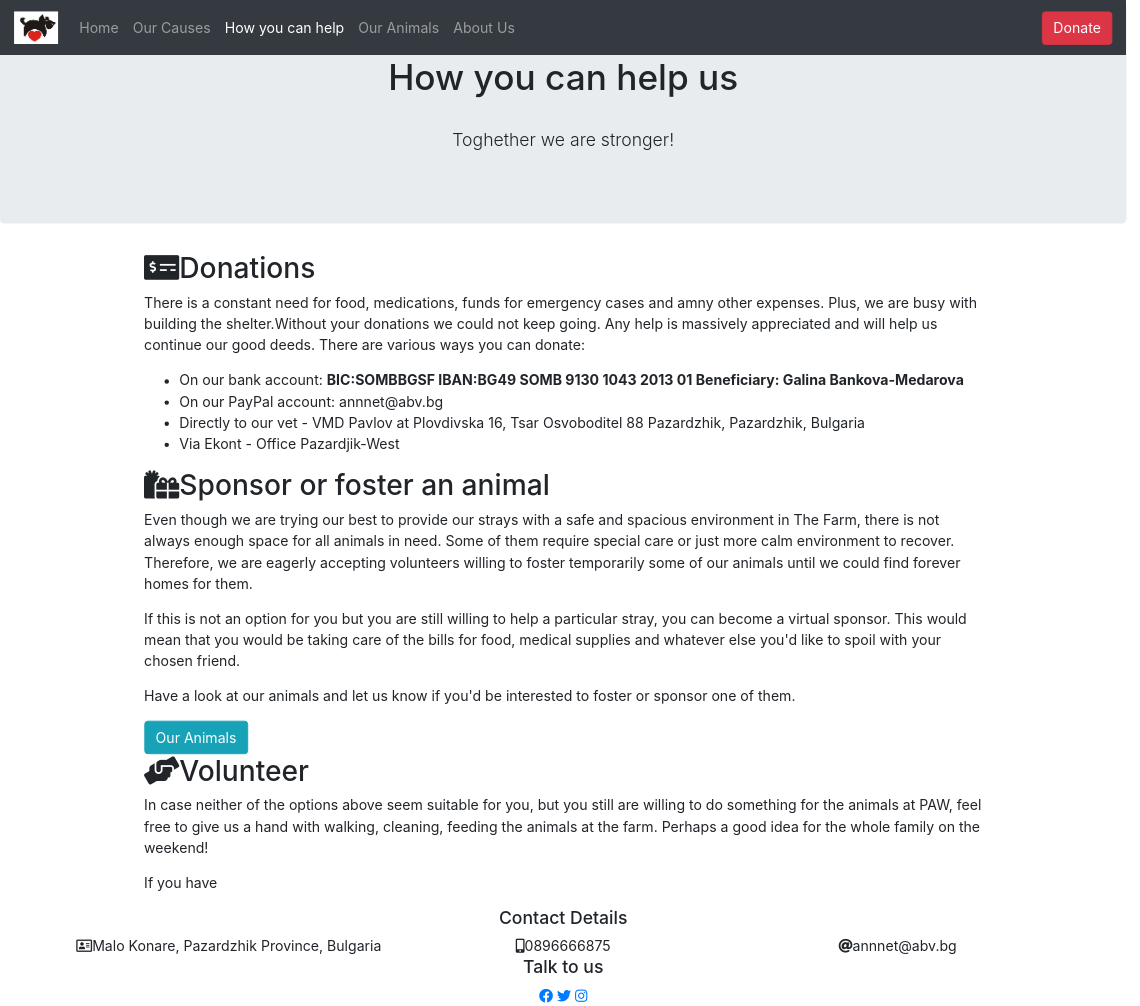
Repository: Naity17/PAW-first-website
Page: How-you-can-help.html
The author's editor kept a record of every edit. The page is drawn from the files as they stood at one moment, then again after the next edit.
The browser window is 1280 px wide. The page is 1295 px wide, so the pictures cover 1295 px, including what lies to the right of the window. The pictures show the whole page, at 88% of full size.
Some web libraries are served in a nearby version.

Above is the page before.
Console error: TypeError: Cannot read properties of undefined (reading 'fn')

### How-you-can-help.html
<!DOCTYPE html>
<html lang="en">

<head>
    <meta charset="UTF-8">
    <meta name="viewport" content="width=device-width, initial-scale=1.0">
    <meta http-equiv="X-UA-Compatible" content="ie=edge">
    <link rel="stylesheet" href="https://stackpath.bootstrapcdn.com/bootstrap/4.3.1/css/bootstrap.min.css" integrity="sha384-ggOyR0iXCbMQv3Xipma34MD+dH/1fQ784/j6cY/iJTQUOhcWr7x9JvoRxT2MZw1T" crossorigin="anonymous">
    <link rel="stylesheet" href="https://use.fontawesome.com/releases/v5.9.0/css/all.css" integrity="sha384-i1LQnF23gykqWXg6jxC2ZbCbUMxyw5gLZY6UiUS98LYV5unm8GWmfkIS6jqJfb4E" crossorigin="anonymous">
    <script src="https://stackpath.bootstrapcdn.com/bootstrap/4.3.1/js/bootstrap.min.js" integrity="sha384-JjSmVgyd0p3pXB1rRibZUAYoIIy6OrQ6VrjIEaFf/nJGzIxFDsf4x0xIM+B07jRM" crossorigin="anonymous"></script>
    <link rel="stylesheet" href="assets/css/style.css" type="text/css" />
    <title>PAW - Pazardjik Animal Welfare</title>
</head>

<body>
    <header>
        <!-- ---------------NavBar-------------- -->
        <nav class="navbar navbar-expand-md navbar-dark fixed-top bg-dark">
            <a class="navbar-brand" href="index.html">
                <img src="assets/images/general/logo.jpg">
            </a>
            <button class="navbar-toggler collapsed" type="button" data-toggle="collapse" data-target="#navbarCollapse" aria-controls="navbarCollapse" aria-expanded="false" aria-label="Toggle navigation">
              <span class="navbar-toggler-icon"></span>
            </button>
            <div class="navbar-collapse collapse" id="navbarCollapse" style="">
                <ul class="navbar-nav mr-auto">
                    <li class="nav-item">
                        <a class="nav-link" href="#">Home</a>
                    </li>
                    <li class="nav-item">
                        <a class="nav-link" href="#">Our Causes</a>
                    </li>
                    <li class="nav-item active">
                        <a class="nav-link" href="#">How you can help<span class="sr-only">(current)</span></a>
                    </li>
                    <li class="nav-item">
                        <a class="nav-link" href="#">Our Animals</a>
                    </li>
                    <li class="nav-item">
                        <a class="nav-link" href="#">About Us</a>
                    </li>
                </ul>
                <button class="btn btn-danger navbar-btn">Donate</button>
            </div>
        </nav>
        <!-- ---------------End of NavBar-------------- -->
    </header>

    <!-- ---------------Jumbotron-------------- -->
    <section id="how-you-can-help">
        <main role="main">
            <section>
                <div class="jumbotron text-center">
                    <div class="contaier-fluid">
                        <h1 class="uppercase">How you can help us</h1>
                        <br>
                        <p class="lead">Toghether we are stronger!</p>
                    </div>
                </div>
            </section>
            <!-- ---------------End of Jumbotron-------------- -->

            <!-- --------------Who are we-------------- -->
            <section id="donations">
                <div class="row">
                    <div class="col"></div>
                    <div class="col-9">
                        <h2><i class="fas fa-money-check-alt"></i>Donations</h2>
                        <p>There is a constant need for food, medications, funds for emergency cases and amny other expenses. Plus, we are busy with building the shelter.Without your donations we could not keep going. Any help is massively appreciated and will help us continue our good deeds. There are various ways you can donate:</p>
                        <ul>
                            <li>On our bank account: <strong>BIC:SOMBBGSF IBAN:BG49 SOMB 9130 1043 2013 01 Beneficiary: Galina Bankova-Medarova</strong></li>
                            <li>On our PayPal account: annnet@abv.bg</li>
                            <li>Directly to our vet - VMD Pavlov at Plovdivska 16, Tsar Osvoboditel 88 Pazardzhik, Pazardzhik, Bulgaria</li>
                            <li>Via Ekont - Office Pazardjik-West</li>
                        </ul>
                    </div>
                    <div class="col"></div>
                </div>
            </section>
            <section id="neuter-cause">
                <div class="row">
                    <div class="col"></div>
                    <div class="col-9">
                        <h2><i class="fas fa-gifts"></i>Sponsor or foster an animal</h2>
                        <p>Even though we are trying our best to provide our strays with a safe and spacious environment in The Farm, there is not always enough space for all animals in need. Some of them require special care or just more calm environment to recover. Therefore, we are eagerly accepting volunteers willing to foster temporarily some of our animals until we could find forever homes for them.</p>
                        <p>If this is not an option for you but you are still willing to help a particular stray, you can become a virtual sponsor. This would mean that you would be taking care of the bills for food, medical supplies and whatever else you'd like to spoil with your chosen friend.</p>
                        <p>Have a look at our animals and let us know if you'd be interested to foster or sponsor one of them.</p>
                        <a href="Our-Animals.html" class="btn btn-info" role="button">Our Animals</a>
                    </div>
                    <div class="col"></div>
                </div>
            </section>
            <section id="volunteer">
                <div class="row">
                    <div class="col"></div>
                    <div class="col-9">
                        <h2><i class="fas fa-hands-helping"></i>Volunteer</h2>
                        <p>In case neither of the options above seem suitable for you, but you still are willing to do something for the animals at PAW, feel free to give us a hand with walking, cleaning, feeding the animals at the farm. Perhaps a good idea for the whole family on the weekend!</p>

                        <p>If you have </p>
                    </div>
                    <div class="col"></div>
                </div>
            </section>
        </main>
    </section>
    <footer class="container text-center footer-details">
        <div class="row">
            <div class="col-12">
                <h5>Contact Details</h5>
            </div>
        </div>
        <div id="contact-details-items" class="row ">
            <div class="col-4 address-item">
                <i class="far fa-address-card"></i>Malo Konare, Pazardzhik Province, Bulgaria
            </div>
            <div class="col-4 phone-number-item">
                <i class="fas fa-mobile-alt"></i>0896666875
            </div>
            <div class="col-4 email-item">
                <i class="fas fa-at"></i>annnet@abv.bg
            </div>
        </div>
        <div class="row" id="social-details">
            <div class="col-xs-12 col-sm-12 icons">
                <h5 class="uppercase general-sub">Talk to us</h5>
                <a href="https://www.facebook.com/PAW-Pazardjik-Animal-Welfare-134643483313391/" target="_blank"><i class="fab fa-facebook alignment"></i></a>
                <a href="https://twitter.com/ralito17?lang=en" target="_blank"><i class="fab fa-twitter alignment"></i></a>
                <a href="https://www.instagram.com/?hl=en" target="_blank"><i class="fab fa-instagram alignment"></i></a>
            </div>
        </div>
    </footer>
    <script src="https://code.jquery.com/jquery-3.3.1.slim.min.js" integrity="sha384-q8i/X+965DzO0rT7abK41JStQIAqVgRVzpbzo5smXKp4YfRvH+8abtTE1Pi6jizo" crossorigin="anonymous"></script>
    <script src="https://cdnjs.cloudflare.com/ajax/libs/popper.js/1.14.7/umd/popper.min.js" integrity="sha384-UO2eT0CpHqdSJQ6hJty5KVphtPhzWj9WO1clHTMGa3JDZwrnQq4sF86dIHNDz0W1" crossorigin="anonymous"></script>
    <script src="https://stackpath.bootstrapcdn.com/bootstrap/4.3.1/js/bootstrap.min.js" integrity="sha384-JjSmVgyd0p3pXB1rRibZUAYoIIy6OrQ6VrjIEaFf/nJGzIxFDsf4x0xIM+B07jRM" crossorigin="anonymous"></script>
</body>

</html>

Loaded but not shown: assets/css/style.css (no copy from this time; the picture is the same without it)

After the next edit:
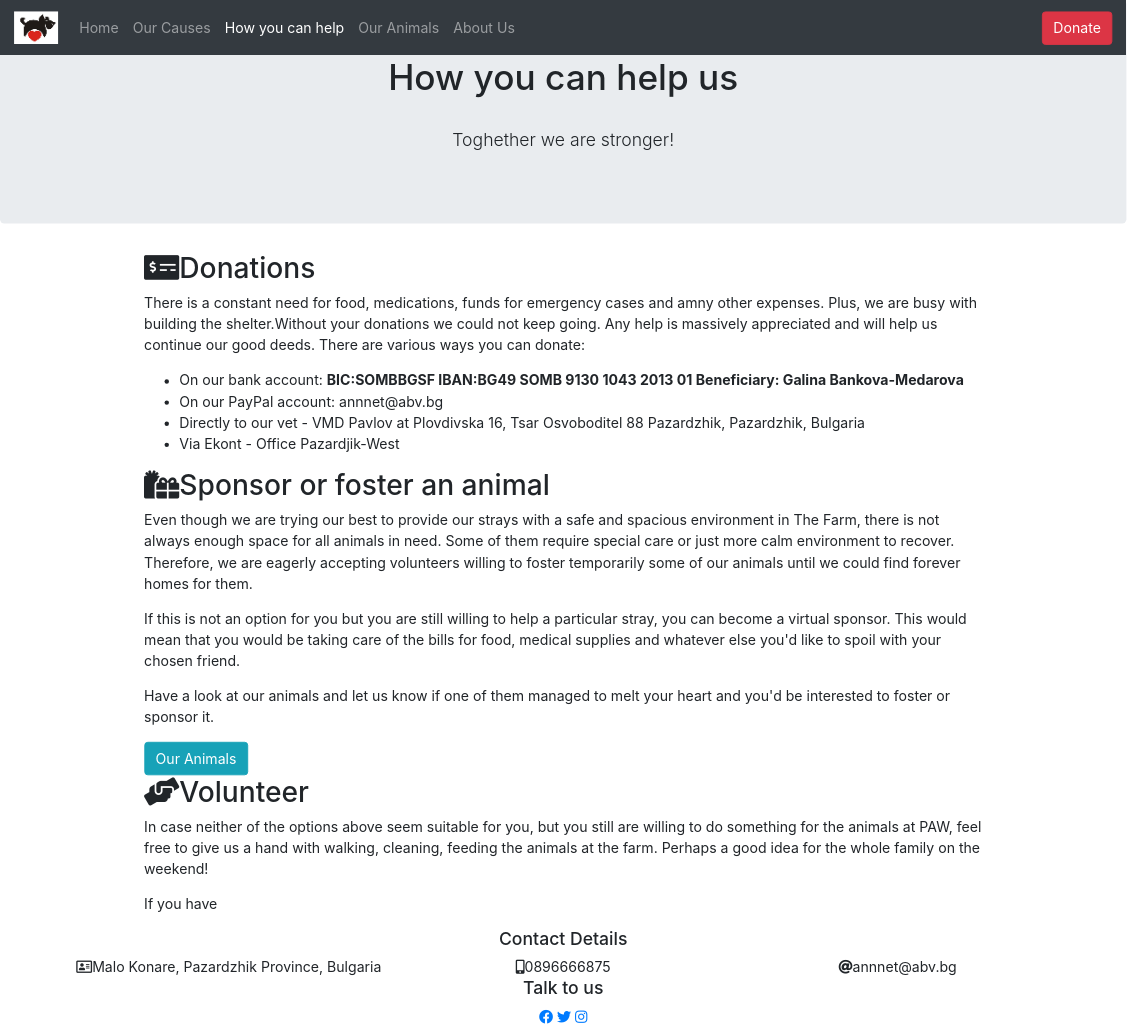
The edit:
--- a/How-you-can-help.html
+++ b/How-you-can-help.html
@@ -84,7 +84,7 @@
                         <h2><i class="fas fa-gifts"></i>Sponsor or foster an animal</h2>
                         <p>Even though we are trying our best to provide our strays with a safe and spacious environment in The Farm, there is not always enough space for all animals in need. Some of them require special care or just more calm environment to recover. Therefore, we are eagerly accepting volunteers willing to foster temporarily some of our animals until we could find forever homes for them.</p>
                         <p>If this is not an option for you but you are still willing to help a particular stray, you can become a virtual sponsor. This would mean that you would be taking care of the bills for food, medical supplies and whatever else you'd like to spoil with your chosen friend.</p>
-                        <p>Have a look at our animals and let us know if you'd be interested to foster or sponsor one of them.</p>
+                        <p>Have a look at our animals and let us know if one of them managed to melt your heart and you'd be interested to foster or sponsor it.</p>
                         <a href="Our-Animals.html" class="btn btn-info" role="button">Our Animals</a>
                     </div>
                     <div class="col"></div>
